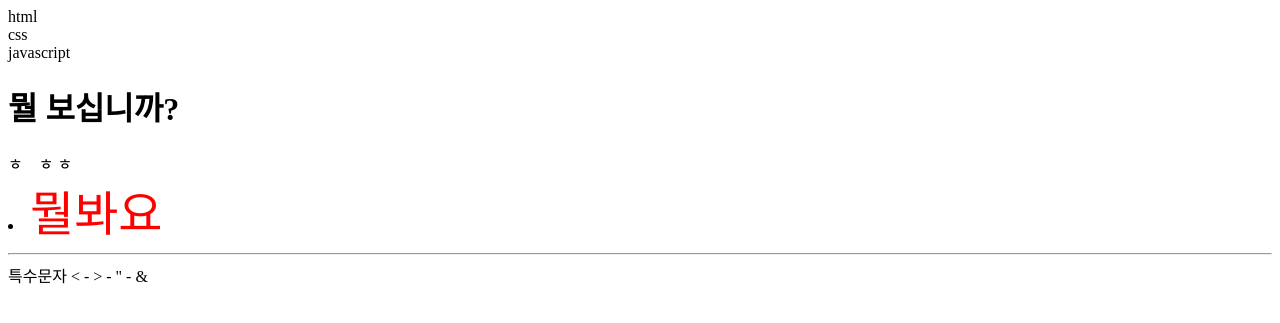
Repository: rightsecond3/java52
Page: workspace_script/dev_html/WebContent/html_day1/basicEl.html
These files come from the project's save history. The page is drawn as it stood at one moment and after the next save; the edit follows.
The browser window is 1280 px wide. The pictures show the whole page.

Above is the page before, as saved 2019-06-04 03:36:54.

After the next save:
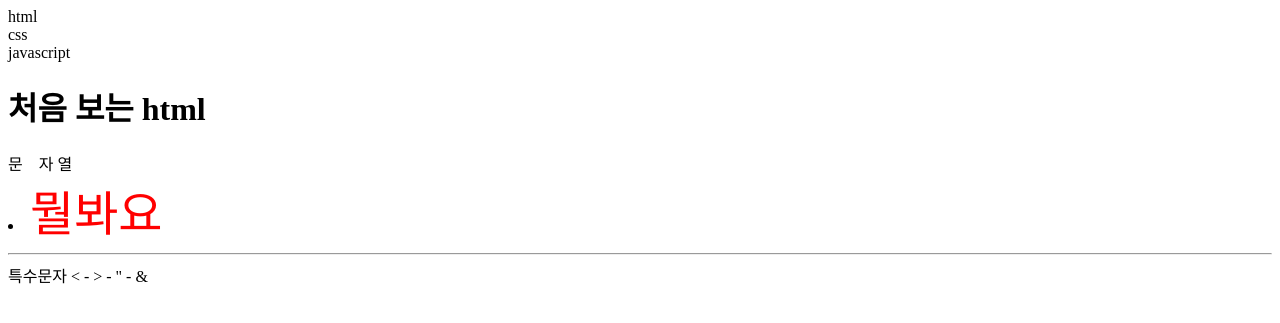
Saved 103 s later.
--- a/workspace_script/dev_html/WebContent/html_day1/basicEl.html
+++ b/workspace_script/dev_html/WebContent/html_day1/basicEl.html
@@ -17,8 +17,8 @@ head영역에는 title 태그를 사용할 수 있다.
 html<br>
 css<br>
 javascript
-<h1>뭘 보십니까?</h1>
-ㅎ &nbsp;&nbsp;&nbsp;ㅎ&nbsp;ㅎ<!-- 태그이름은 없고 값이긴 하다. -->
+<h1>처음 보는 html</h1>
+문 &nbsp;&nbsp;&nbsp;자&nbsp;열<!-- 태그이름은 없고 값이긴 하다. -->
 <li><font color="red" size="12" face="궁서체">
 뭘봐요
 </font></li>
